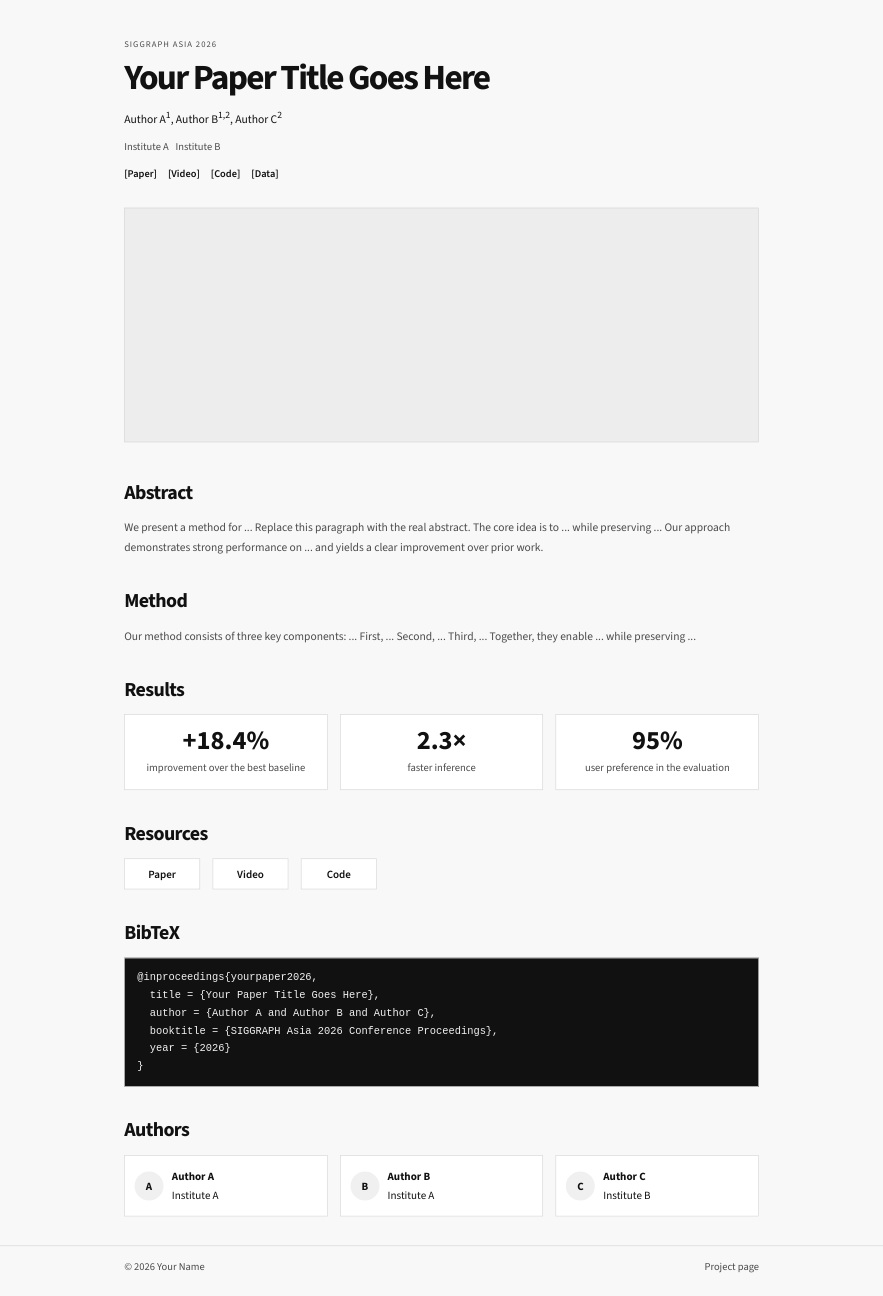
Repository: zty0304/FlowLines-web
Page: index.html
The author's editor kept a copy of each file at every save. The page is drawn from the files as they stood at one save, then again after the next save.
The browser window is 1280 px wide. The pictures show the whole page, at 69% of full size.

Above is the page before, as saved 2026-08-31 15:07:37.

After the next save:
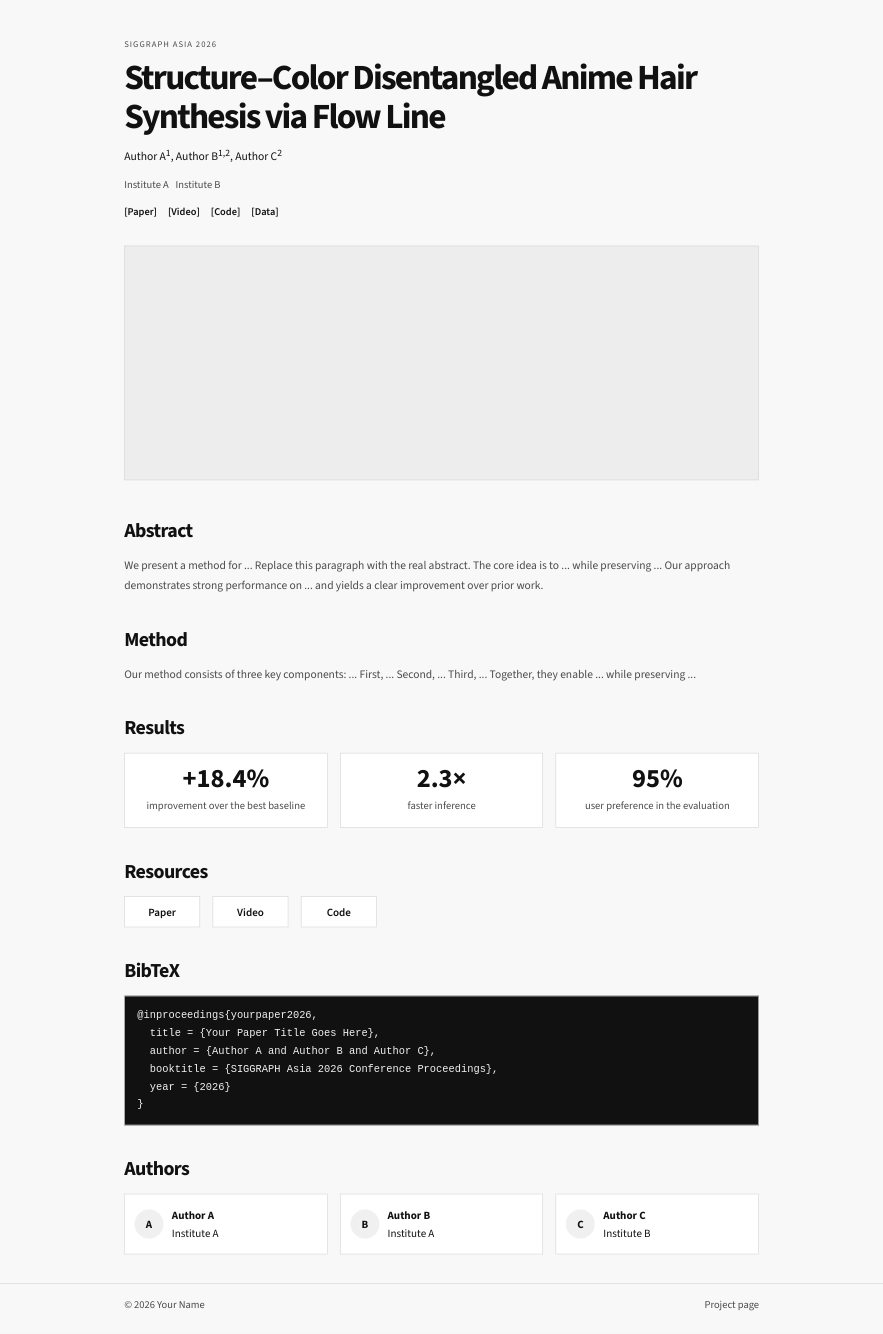
Saved 4 min 17 s later.
--- a/index.html
+++ b/index.html
@@ -18,7 +18,7 @@
       <div class="container">
         <div class="header">
           <div class="conference">SIGGRAPH Asia 2026</div>
-          <h1>Your Paper Title Goes Here</h1>
+          <h1>Structure–Color Disentangled Anime Hair Synthesis via Flow Line</h1>
           <div class="authors">
             Author A<sup>1</sup>, Author B<sup>1,2</sup>, Author C<sup>2</sup>
           </div>
